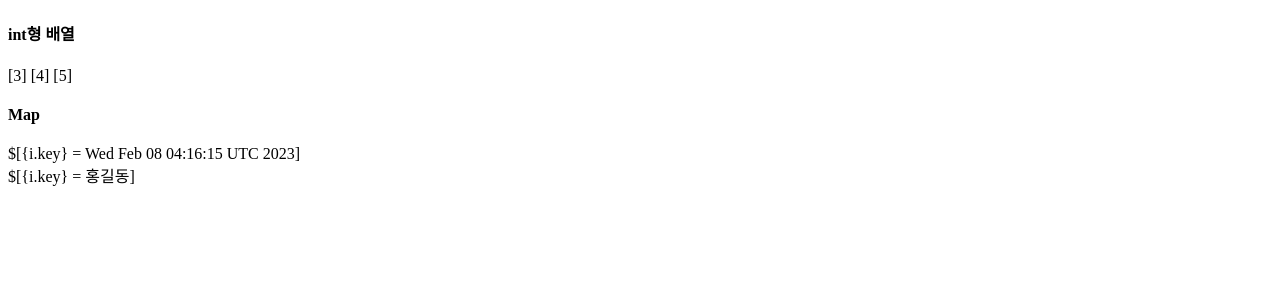
Repository: fatesky25/JSPprogram
Page: http://localhost/ServletProject/jstl/forEx04.jsp
The author's editor kept a copy of each file at every save. The page is drawn from the files as they stood at one save, then again after the next save.
The browser window is 1280 px wide. The pictures show the whole page.
The page is served by Tomcat 9. Nobody is signed in. The application's start-up code is not run. Other server files are loaded and not shown.

Above is the page before, as saved 2023-02-16 04:56:31.

### ServletProject/src/main/webapp/jstl/forEx04.jsp
<%@ page language="java" contentType="text/html; charset=UTF-8"
    pageEncoding="UTF-8" import="java.util.*"%>
<%@ taglib prefix="c" uri="http://java.sun.com/jsp/jstl/core" %>
<%
  java.util.HashMap<String,Object> mapData =
         new java.util.HashMap<String,Object>();
   mapData.put("name", "홍길동");
   mapData.put("today", new java.util.Date());
%>

<c:set var="intArray" value="<%=new int[]{1,2,3,4,5}%>" />
<c:set var="map" value="<%=mapData %>" />






<!DOCTYPE html>
<html>
<head>
<meta charset="UTF-8">
<title></title>
</head>
<body>
<h4>int형 배열</h4>
<c:forEach var="i" items="${intArray}" begin="2" end="4">
[${i}]
</c:forEach>

<h4>Map</h4>
<c:forEach var="i" items="${map}">
$[{i.key} = ${i.value}]<br>
</c:forEach>
</body>
</html>

After the next save:
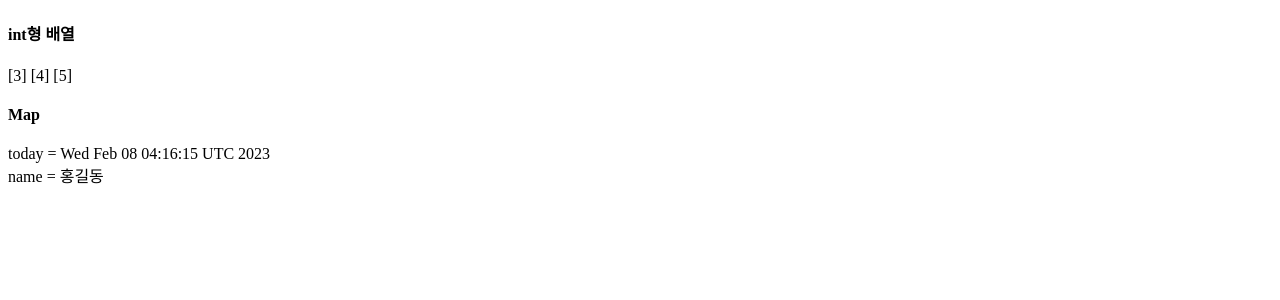
Saved 32 s later.
--- a/ServletProject/src/main/webapp/jstl/forEx04.jsp
+++ b/ServletProject/src/main/webapp/jstl/forEx04.jsp
@@ -30,7 +30,7 @@
 
 <h4>Map</h4>
 <c:forEach var="i" items="${map}">
-$[{i.key} = ${i.value}]<br>
+${i.key} = ${i.value}<br>
 </c:forEach>
 </body>
 </html>
